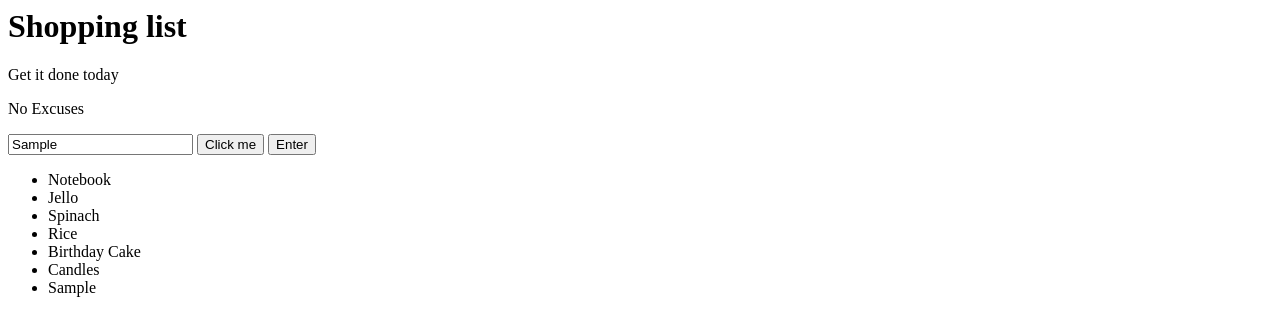
Repository: michalJanaGitHub/michalJanaGitHub.github.io
Page: projects in progress/DOM Events/index.html
The author's editor kept a copy of each file at every save. The page is drawn from the files as they stood at one save, then again after the next save.
The browser window is 1280 px wide. The pictures show the whole page.
Empty fields were first filled with sample values (such as "Sample", 5 or name@example.com).
After loading, the first visible `#but2` was clicked once.

Above is the page before, as saved 2018-09-07 19:57:04.

### projects in progress/DOM Events/index.html
<!DOCTYPE <!DOCTYPE html>
<html>
<head>
    <meta charset="utf-8" />
    <meta http-equiv="X-UA-Compatible" content="IE=edge">
    <title>JavaScript + DOM</title>
    <meta name="viewport" content="width=device-width, initial-scale=1">
    <link rel="stylesheet" type="text/css" media="screen" href="main.css" />
    <script src="main.js"></script>
</head>
<body>
    <h1>Shopping list</h1>
    <p id="first">Get it done today</p>
    <p class="second">No Excuses</p>

    <input id="userInput" type="text" placeholder="enter items">
    <button id="but1">Click me</button>
    <button id="but2">Enter</button>
    <ul>
        <li random="23">Notebook</li>
        <li>Jello</li>
        <li>Spinach</li>
        <li class="fourth">Rice</li>
        <li>Birthday Cake</li>
        <li>Candles</li>
    </ul>

</body>
</html>

### projects in progress/DOM Events/main.js
window.onload = function(){
    var button = document.getElementsByTagName("button")[0];
    var input = document.querySelector("input");
    var butEnter = document.getElementById("but2");
    var ul = document.getElementsByTagName("ul")[0];

    button.addEventListener("mouseEnter", function() {
        console.log("CLICK!!!");
    });

    butEnter.addEventListener("click", function(){
        console.log("click is working");
        var li = document.createElement("li");
        li.appendChild(document.createTextNode(input.value));
        ul.appendChild(li);
    });


};

Loaded but not shown: projects in progress/DOM Events/main.css (no stored copy; drawn as an empty file)

After the next save:
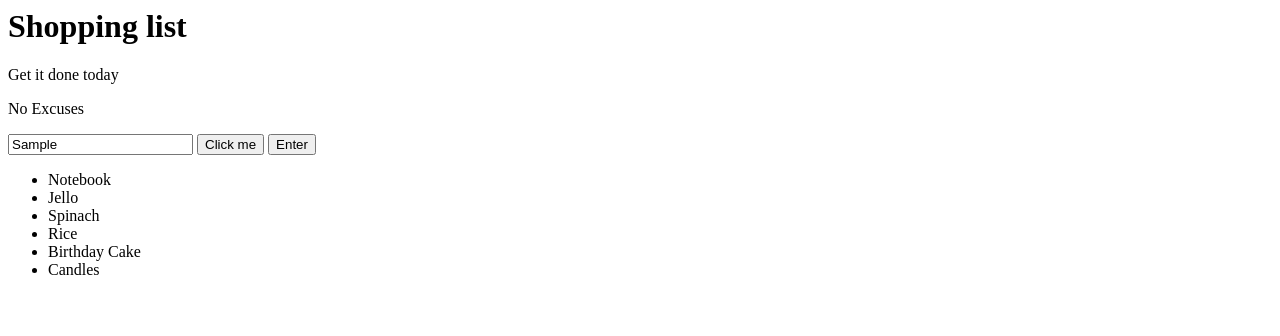
Saved 112 s later.
--- a/projects in progress/DOM Events/main.js
+++ b/projects in progress/DOM Events/main.js
@@ -9,10 +9,12 @@
     });
 
     butEnter.addEventListener("click", function(){
-        console.log("click is working");
-        var li = document.createElement("li");
-        li.appendChild(document.createTextNode(input.value));
-        ul.appendChild(li);
+        if(input.validationMessage.length>0){
+            console.log("click is working");
+            var li = document.createElement("li");
+            li.appendChild(document.createTextNode(input.value));
+            ul.appendChild(li);
+        }
     });
 
 

After the 2 saves that followed:
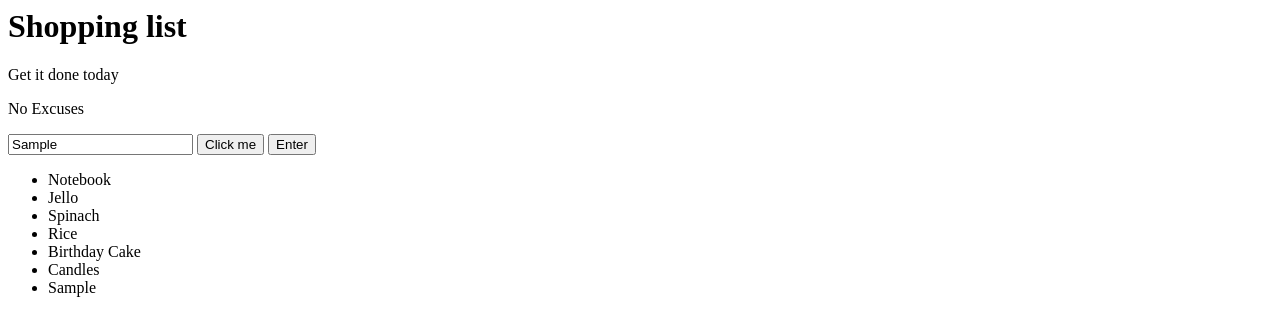
The 2 saves are shown as one change because 1 left the picture as it was.
The last was saved 52 s later.
--- a/projects in progress/DOM Events/main.js
+++ b/projects in progress/DOM Events/main.js
@@ -9,7 +9,7 @@
     });
 
     butEnter.addEventListener("click", function(){
-        if(input.validationMessage.length>0){
+        if(input.value.length>0){
             console.log("click is working");
             var li = document.createElement("li");
             li.appendChild(document.createTextNode(input.value));
